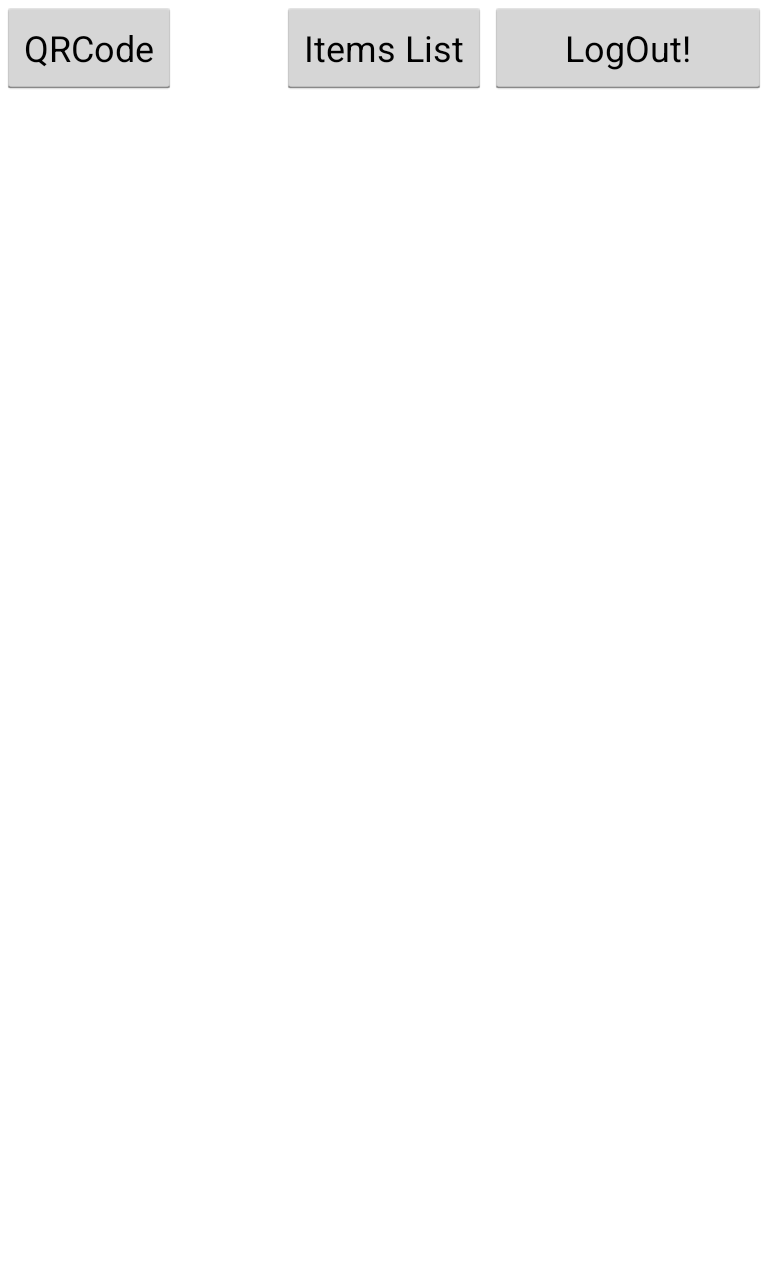
Repository: raphaelferras/eshelf
Layout: eshelfApp/E-shelf/res/layout/activity_menu.xml
An editor plug-in stored every save of this project. The layout is shown before and after the next save, followed by the edit.
It is drawn on a 768 x 1280 px phone screen (xhdpi) without system bars, with theme AppTheme; the app's code is not run.

Above is the layout before, as saved 2013-03-23 21:04:23.

### eshelfApp/E-shelf/res/layout/activity_menu.xml
<RelativeLayout xmlns:android="http://schemas.android.com/apk/res/android"
    xmlns:tools="http://schemas.android.com/tools"
    android:layout_width="match_parent"
    android:layout_height="match_parent" >

    <Button
        android:id="@+id/qrcode"
        android:layout_width="wrap_content"
        android:layout_height="wrap_content"
        android:layout_alignParentBotton="true"
        android:layout_alignParentLeft="true"
        android:text="QRCode" />

    <Button
        android:id="@+id/items_list"
        android:layout_width="wrap_content"
        android:layout_height="wrap_content"
        android:layout_alignParentBotton="true"
        android:layout_centerHorizontal="true"
        android:text="Items List" />

    <Button
        android:id="@+id/logout"
        android:layout_width="wrap_content"
        android:layout_height="wrap_content"
        android:layout_alignParentBotton="true"
        android:layout_alignParentRight="true"
        android:layout_toRightOf="@+id/items_list"
        android:text="LogOut!" />

</RelativeLayout>

Loaded but not shown: eshelfApp/E-shelf/res/values-v11/styles.xml (common file); eshelfApp/E-shelf/res/values-v14/styles.xml (common file); eshelfApp/E-shelf/res/values/styles.xml (common file)

After the next save:
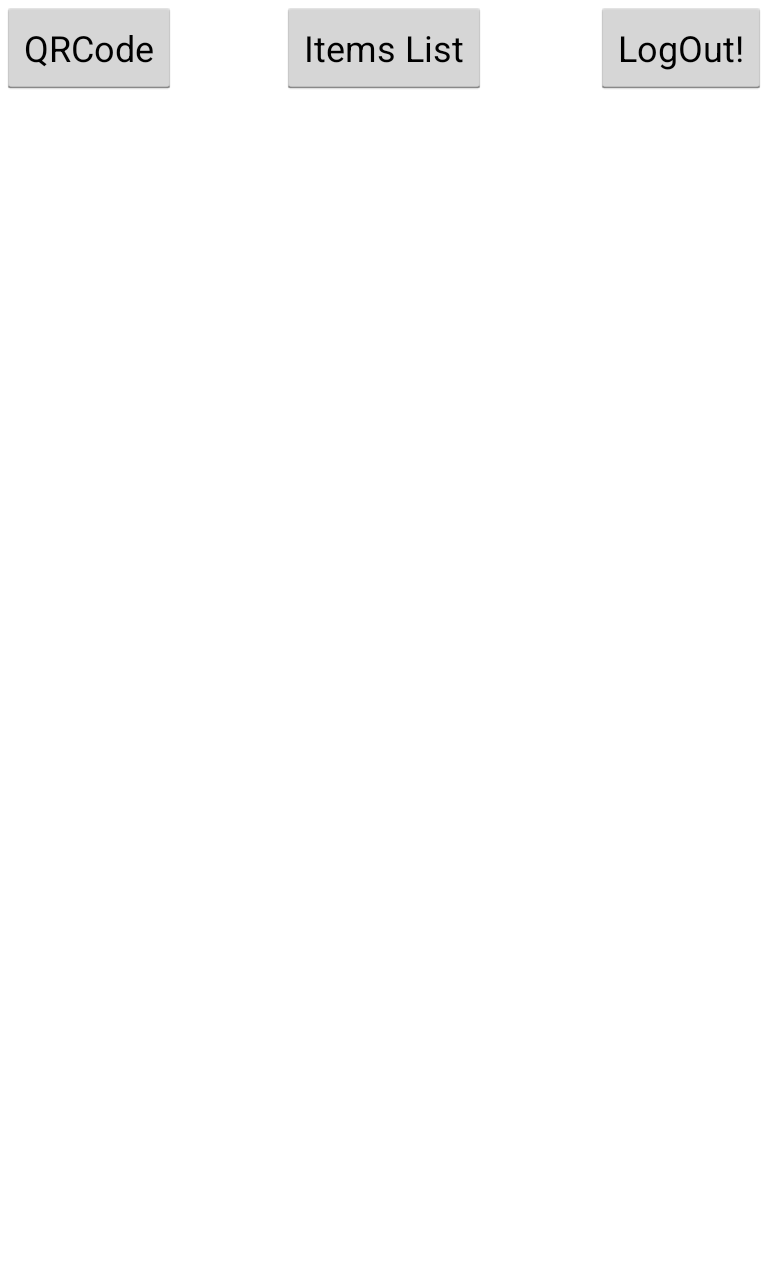
Saved 6 s later.
--- a/eshelfApp/E-shelf/res/layout/activity_menu.xml
+++ b/eshelfApp/E-shelf/res/layout/activity_menu.xml
@@ -25,7 +25,6 @@
         android:layout_height="wrap_content"
         android:layout_alignParentBotton="true"
         android:layout_alignParentRight="true"
-        android:layout_toRightOf="@+id/items_list"
         android:text="LogOut!" />
 
 </RelativeLayout>
